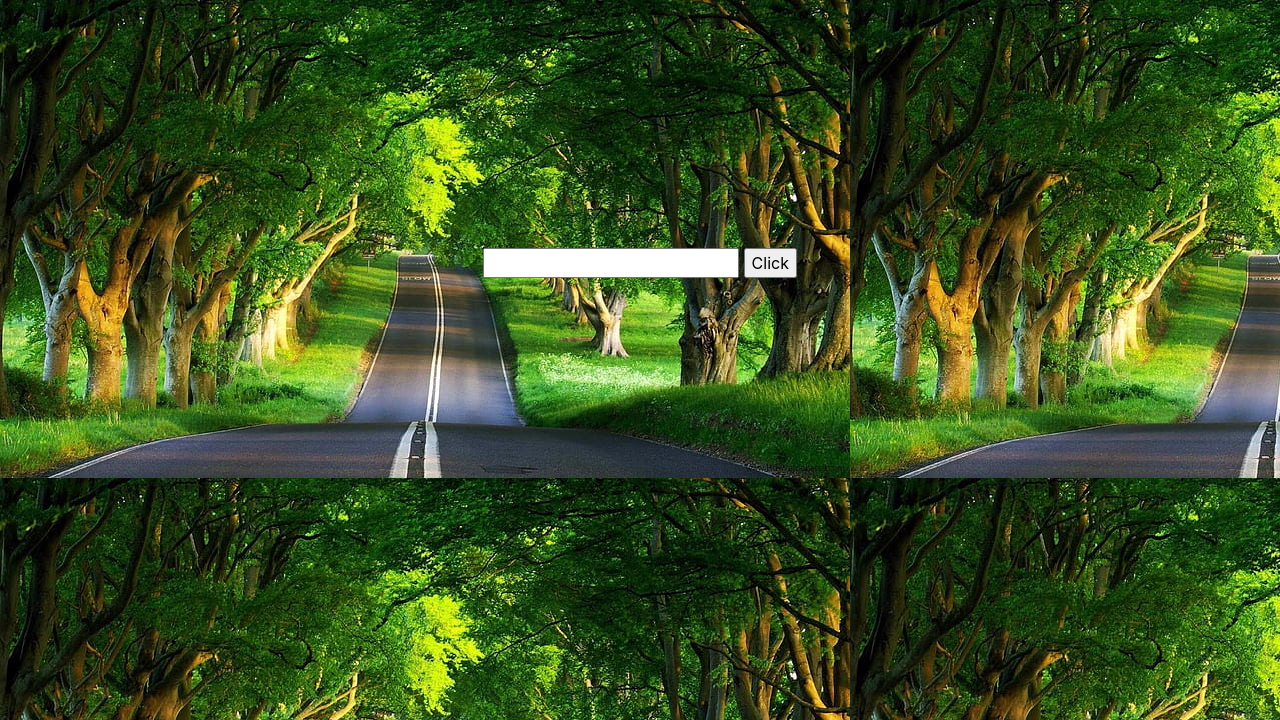
Repository: prashantkumarbind/Hospital-Weather-Concept
Page: http://localhost/weather-app/
The author's editor kept a copy of each file at every save. The page is drawn from the files as they stood at one save, then again after the next save.
The browser window is 1280 px wide. The pictures show the whole page.
The page is served by Tomcat 9. Other server files are loaded and not shown.

Above is the page before, as saved 2024-01-19 07:16:30.

### weather-app/src/main/webapp/index.jsp
<%@ page language="java" contentType="text/html; charset=ISO-8859-1"
    pageEncoding="ISO-8859-1"%>
<!DOCTYPE html>
<html>
<head>
<meta charset="ISO-8859-1">
<meta charset="utf-8">
<meta name="viewport" content="width=device-width, initial-scale=1, shrink-to-fit=no">
<link rel="stylesheet" href="https://cdn.jsdelivr.net/npm/bootstrap@4.6.2/dist/css/bootstrap.min.css">
<title>weather app</title>
<style>
	body{
		 background-image: url("img/we3.jpg");
	}
	.controller{
		margin-top:200px;

	}
</style>
</head>
<body>

		<section class="form-top-header header-top mt-5">
			<div class="container-fluid">
				<div class="row justify-content-center">
					<div class="col-6 form controller text-center">
						<form action="FormDataController" method="Post">
							 <div class="form-design">
							 	<input type="text" name="city_name" class="">
							 	<input class="button-design" type="submit" value="Click">
							 </div>
						</form>
					</div>
				</div>
			</div>
		</section>

 <!-- <script src="https://cdn.jsdelivr.net/npm/jquery@3.5.1/dist/jquery.slim.min.js"></script>
 <script src="https://cdn.jsdelivr.net/npm/bootstrap@4.6.2/dist/js/bootstrap.bundle.min.js"></script>
 -->
</body>
</html>

After the next save:
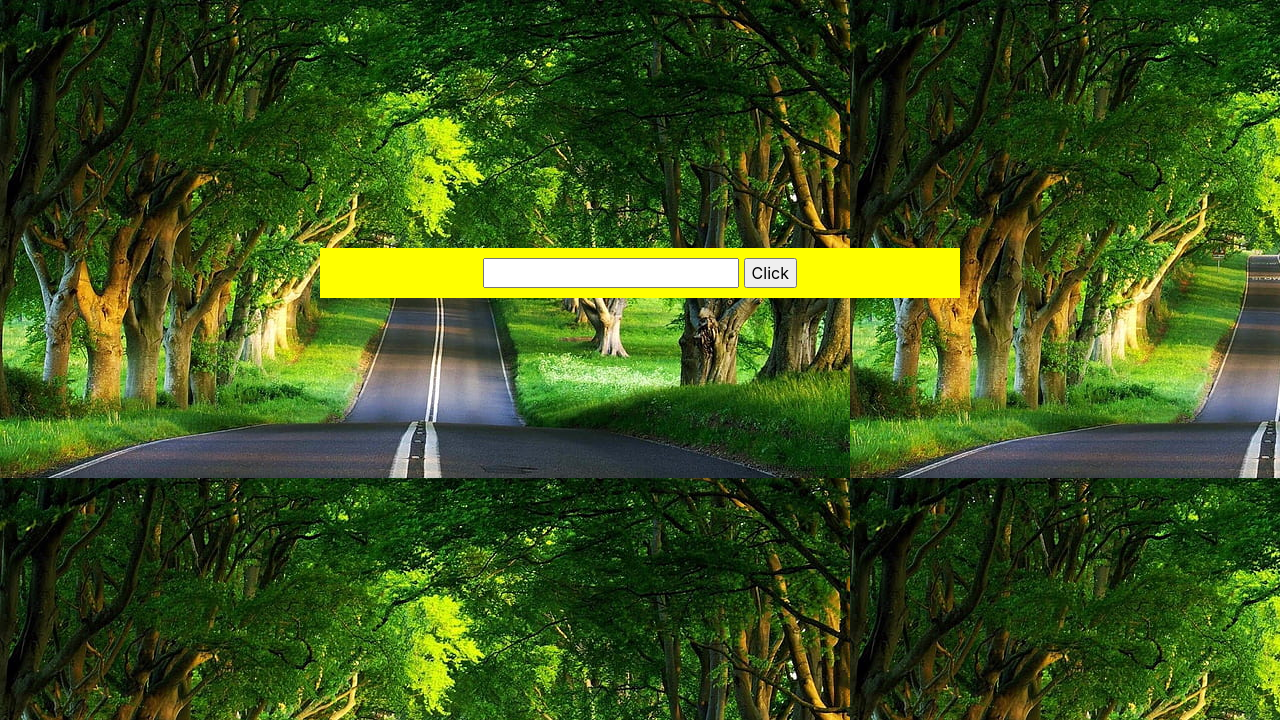
Saved 48 s later.
--- a/weather-app/src/main/webapp/index.jsp
+++ b/weather-app/src/main/webapp/index.jsp
@@ -14,6 +14,8 @@
 	}
 	.controller{
 		margin-top:200px;
+		background-color:yellow;
+		padding:10px 10px;
 
 	}
 </style>
